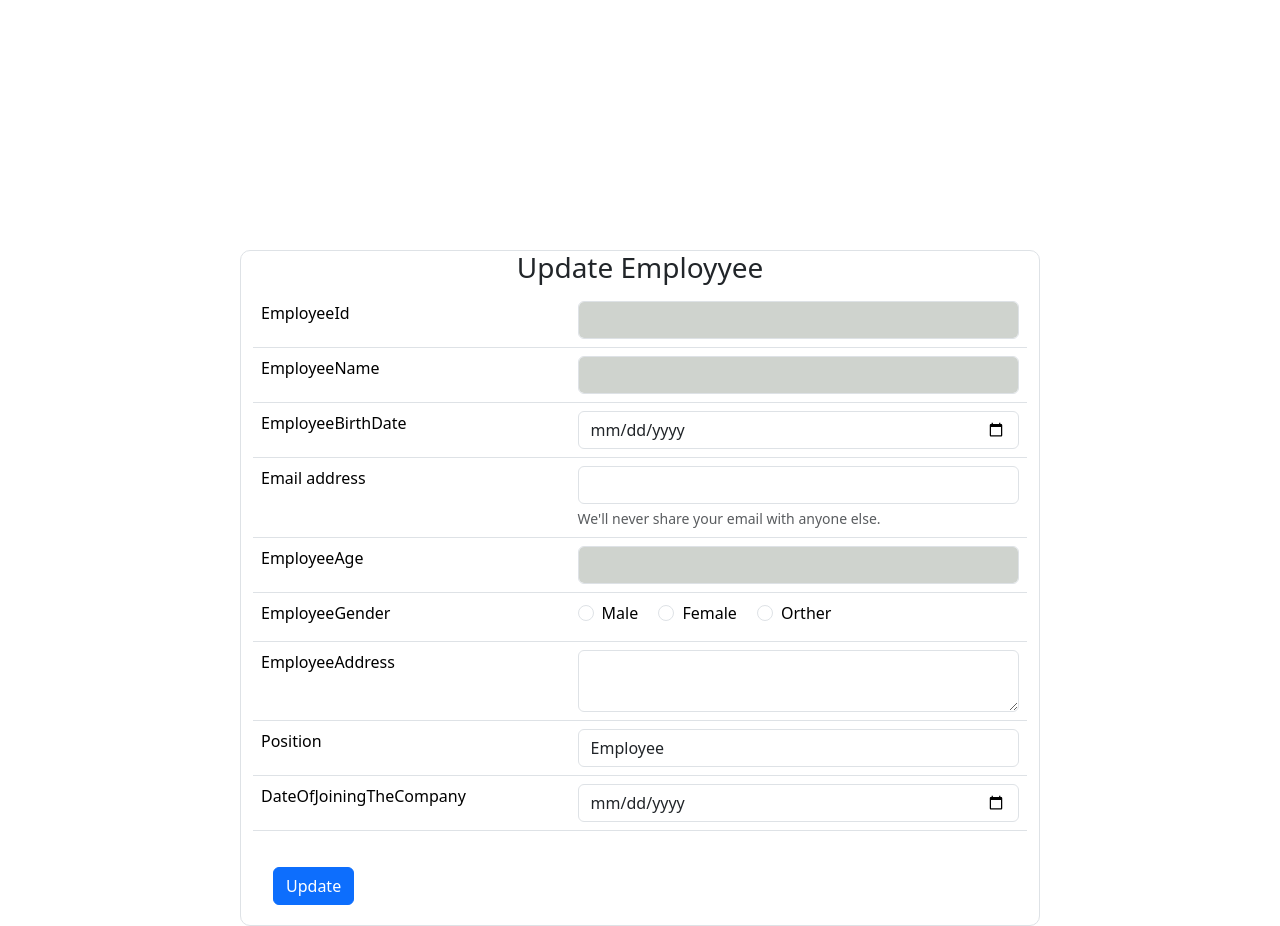
Repository: tranhuuan1703/BaiTapServlet
Page: http://localhost/bai_tap_jsp_servlet/views/Edit.jsp
An editor plug-in stored every save of this project. The page is shown before and after the next save, followed by the edit.
The browser window is 1280 px wide. The pictures show the whole page.
Some web libraries are served in a nearby version. The page is served by Tomcat 9.

Above is the page before, as saved 2024-08-14 08:50:44.

After the next save:
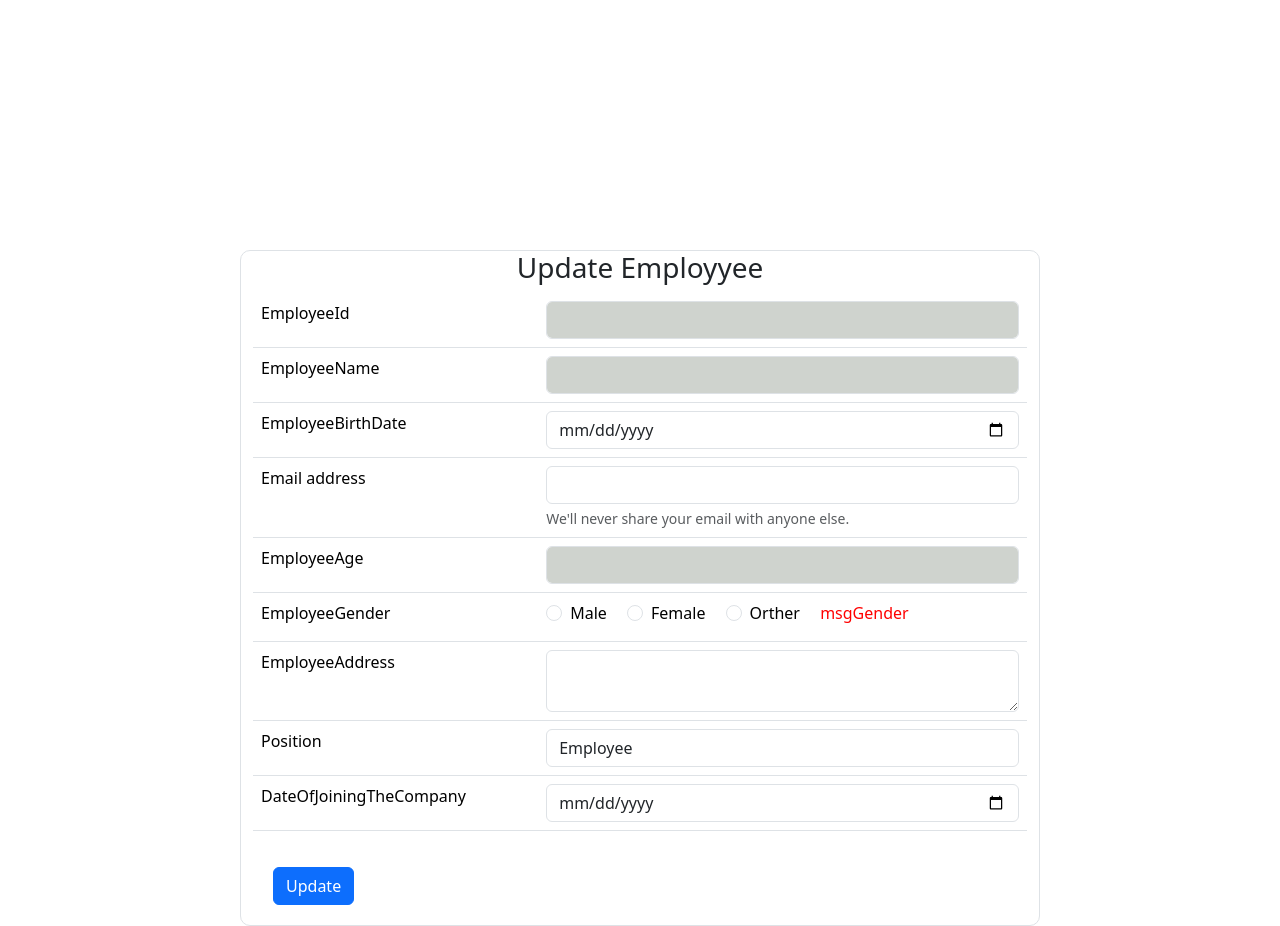
Saved 28 s later.
--- a/bai_tap_jsp_servlet/bai_tap_jsp_servlet/src/main/webapp/views/Edit.jsp
+++ b/bai_tap_jsp_servlet/bai_tap_jsp_servlet/src/main/webapp/views/Edit.jsp
@@ -78,6 +78,8 @@
                         <input class="form-check-input" type="radio" name="inlineRadioOptions" id="inlineRadio3" value="orther" ${employeeInfo.employeeGender == 'orther' ? 'checked' : ''}>
                         <label class="form-check-label" for="inlineRadio3">Orther</label>
                      </div>
+
+                     <span class="rq"> msgGender </span>
                   </td>
                </tr>
                <tr>

After the save that followed:
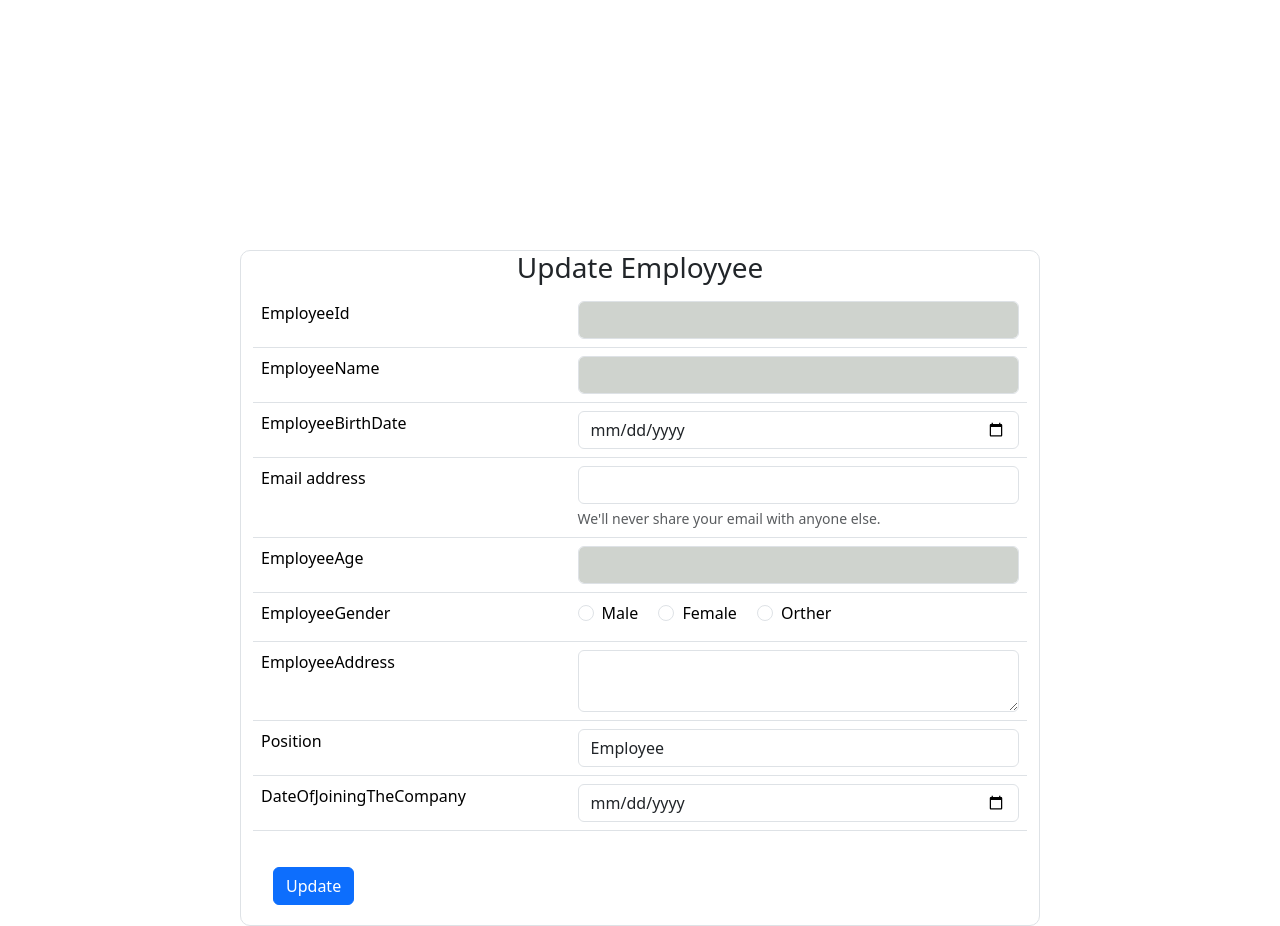
Saved 14 min 3 s later.
--- a/bai_tap_jsp_servlet/bai_tap_jsp_servlet/src/main/webapp/views/Edit.jsp
+++ b/bai_tap_jsp_servlet/bai_tap_jsp_servlet/src/main/webapp/views/Edit.jsp
@@ -79,7 +79,7 @@
                         <label class="form-check-label" for="inlineRadio3">Orther</label>
                      </div>
 
-                     <span class="rq"> msgGender </span>
+                     <span class="rq"> ${msgGender} </span>
                   </td>
                </tr>
                <tr>
